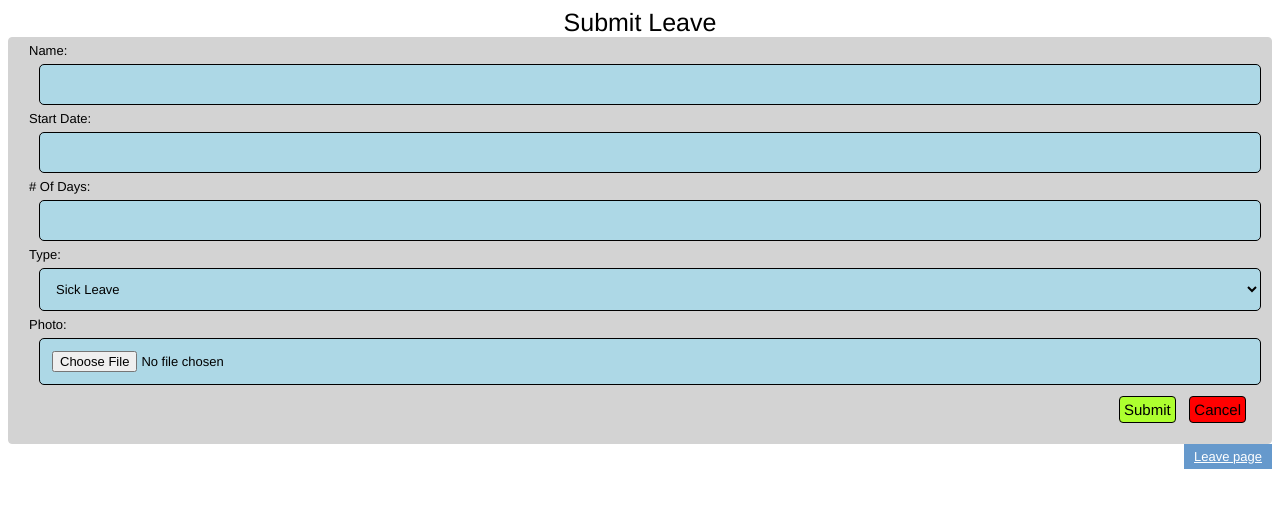
Repository: Murad71/BasicCRUD
Page: index.html
These files come from the project's save history. The page is drawn as it stood at one moment and after the next save; the edit follows.
The browser window is 1280 px wide. The pictures show the whole page.

Above is the page before, as saved 2023-04-18 20:20:38.

### index.html
<!DOCTYPE html>
<html lang="en">
  <head>
    <meta charset="UTF-8" />
    <meta http-equiv="X-UA-Compatible" content="IE=edge" />
    <meta name="viewport" content="width=device-width, initial-scale=1.0" />
    <link rel="stylesheet" href="index.css" />
    <title>Leave Request</title>
  </head>
  <body>
    <div class="flex1">
      <form id="form1">
        <header>Submit Leave</header>
        <div class="container">
          <label for="name">Name:</label>
          <input type="text" id="name" name="name" />
          <br />
          <label for="startdate">Start Date:</label>
          <input type="text" id="startdate" name="startdate" />
          <br />
          <label for="days"># Of Days:</label>
          <input type="text" id="days" name="days" />
          <br />
          <label for="leaves">Type:</label>
          <select id="leave" name="leaves" required>
            <option value="Sick leave">Sick Leave</option>
            <option value="Early leave">Early Leave</option>
            <option value="Vacation leave">Vacation Leave</option>
            <option value="Other">Other</option>
          </select>
          <br />
          <label for="photo">Photo:</label>
          <input type="file" id="photo" name="photo"/>
          <div class="button-container">
            <input type="submit" value="Submit" id="submitButton"/>
            <input type="reset" value="Cancel" class="cancel" />
          </div>
        </div>
      </form>
      <div class="anchorContainer">
        <a href="index1.html"> Leave page</a>
        <!--Added the hyperlink here-->
      </div>
    </div>
    <script src="script.js"></script>
  </body>
</html>

### index.css
* {
  box-sizing: border-box;
  font-family: "Franklin Gothic Medium", "Arial Narrow", Arial, sans-serif;
  font-size: small;
}


/* .flex1
{
  align-content: center;
  display: flex;
} */

.container {
  background-color: lightgray;
  padding: 5px 20px 15px 20px;
  border: 1px solid lightgray;
  border-radius: 4px;
  /* display: flex;
  flex-direction: column; */
  margin: 0 auto;
  width: 100%;
}

header {
  font-size: 25px;
  text-align: center;
}

input[type="text"],
input[type="file"],
select,
textarea {
  width: 100%;
  padding: 12px;
  margin: 6px;
  border: 1px solid;
  border-radius: 5px;
  margin-left: 10px;
  background-color: lightblue;
}

.button-container {
  text-align: right;
}

input[type="submit"],
input[type="reset"] {
  font-size: 15px;
  border: 1px solid;
  margin: 5px;
  padding: 4px;
  background-color: greenyellow;
  border-radius: 4px;
}

input[type="reset"].cancel {
  background-color: red;
}

.anchorContainer {
  text-align: right;
}

a {
  display: inline-block;
  background: #69c;
  color: #fff;
  padding: 5px 10px;
}

### script.js
let storage=JSON.parse(localStorage.getItem('store')) || [];
let index=JSON.parse(localStorage.getItem('rIndex')) || null;
const submitButtonCatch=document.getElementById("submitButton");
const img= new Image();

//after clicking the submit button
submitButtonCatch.addEventListener("click",() =>{
    const form=document.getElementById("form1");
    let object={};
    let flag=true;

    object["id"]= Date.now();
    for(let i=0;i<form.length;i++)
    {
        if(form.elements[i].name=="photo")
        {
            object[form.elements[i].name]= img.src;
        }
        else
        {
            object[form.elements[i].name]=form.elements[i].value;
        }
        if(form.elements[i].value=='')
        {
            flag=false;
            alert("WARNING: Fill all the given Input correctly.");
            break;
        }
        if(form.elements[i].name=="days" && (form.elements[i].value>7 || form.elements[i].value<1))
        {
            flag=false;
            alert("WARNING: Enter a valid number for vacation");
            break;
        }
    }

    if(flag)
    {
        alert("Your data has been submitted Successfully!!");
        if(index!=null)
        {
            storage[index]=object;
            index=null;
        }
        else storage.push(object);


        localStorage.setItem('store',JSON.stringify(storage));
        localStorage.setItem('rIndex',JSON.stringify(index));
        form.reset();
    }
});


//base64 conversion
const fileEl= document.getElementById('photo');
fileEl.addEventListener('change', () =>{

    const fr= new FileReader();
    fr.readAsDataURL(fileEl.files[0]);

    fr.addEventListener('load', ()=>{

        const url= fr.result;
        img.src= url;

    });

});


console.log(storage);



// let submitButtonClicked=document.getElementById("submitButton");
// let indx=0;
// let flag= true;
// let obj={};

// submitButtonClicked.addEventListener('click',() =>{

//     const form= document.getElementById('form1');
//     obj["id"]= indx;
//     indx++;
//     for(let i=0; i<form.length; i++)
//     {
//         obj[form.elements[i].name]=form.elements[i].value;
//         if(form.elements[i].value=='')
//         {
//             flag=false;
//             alert("WARNING: Fill all the given Input correctly.");
//             break;
//         }
//         if(form.elements[i].name=="days" && (form.elements[i].value>7 || form.elements[i].value<1))
//         {
//             flag=false;
//             alert("WARNING: Enter a valid number for vacation");
//             break;
//         }
//     }

//     if(flag)
//     {
//         alert("Data entered successfully!");
//         insertData();
//     }

// });


// function intertData()
// {
//     const table = document.getElementsByClassName("tbody1")[0];
//           var row=document.createElement('tr');
//            row.innerHTML = `<td>${obj.name}</td>
//                 <td>${obj.startdate}</td>
//                 <td>${obj.days}</td>
//                 <td>${obj.leaves}</td>
//                 <td><img id="img" src=${obj.photo} alt=""></td>
//                 <td><a href="index.html" id="edit">Edit</a> <input type='button' value= 'Reject' name=${obj.id} id="reject"/></td>`;
//             table.appendChild(row);
// }

After the next save:
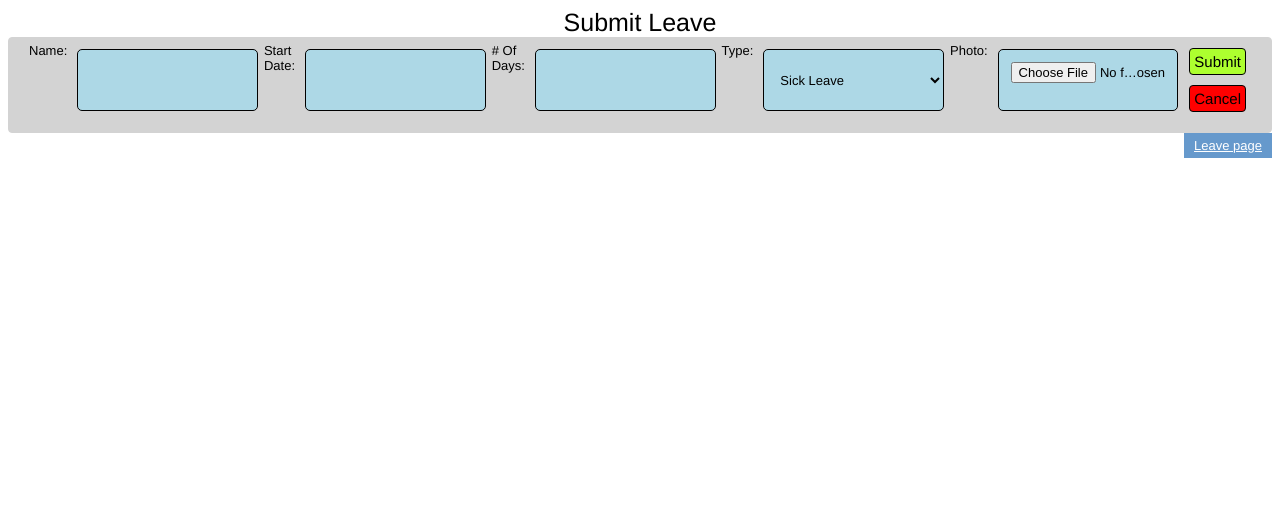
Saved 10 s later.
--- a/index.css
+++ b/index.css
@@ -16,8 +16,8 @@
   padding: 5px 20px 15px 20px;
   border: 1px solid lightgray;
   border-radius: 4px;
-  /* display: flex;
-  flex-direction: column; */
+   display: flex;
+  /* flex-direction: column;  */
   margin: 0 auto;
   width: 100%;
 }
